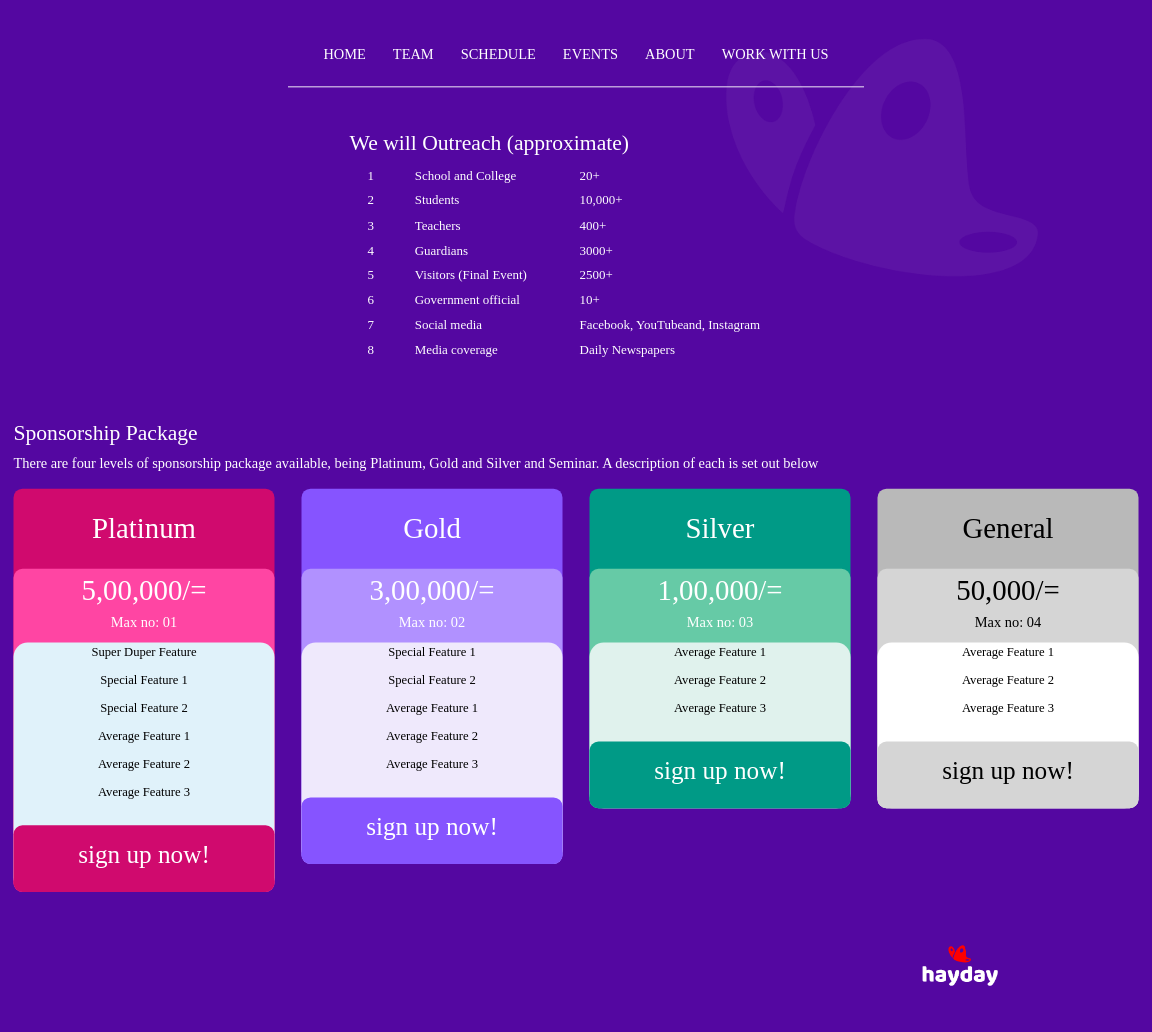
Repository: im1971/company-web
Page: workWithUs.html
An editor plug-in stored every save of this project. The page is shown before and after the next save, followed by the edit.
The browser window is 1280 px wide. The pictures show the whole page, at 90% of full size.
Some web fonts or font styles are not loaded; a fallback is used.

Above is the page before, as saved 2020-01-26 12:55:33.

### workWithUs.html
<!DOCTYPE html>
<html>

<head>
    <title>hayday</title>
    <link rel="shortcut icon" type="img/x-icon" href="img/fav.png" />
    <link rel="stylesheet" href="css/mdb.min.css">
    <link rel="stylesheet" href="css/bootstrap.min.css">
    <link rel="stylesheet" href="css/fontawesome.min.css">
    <link rel="stylesheet" href="css/all.min.css">
    <link rel="stylesheet" href="css/style.css">
    <!-- fonts -->
    <link href="https://fonts.googleapis.com/css?family=Baloo+Bhai&display=swap" rel="stylesheet">
    <!-- fonts -->

</head>

<body>

    <div class="wrap_hayday">
        <div class="back_img"></div>
        <div class="container-fluid">
            <div class="row justify-content-center pb-5">
                <div class="col-md-12">
                    <nav class="navbar navbar-expand-lg">
                        <button class="navbar-toggler" type="button" data-toggle="collapse" data-target="#navbarSupportedContent" aria-controls="navbarSupportedContent" aria-expanded="false" aria-label="Toggle navigation">
                          <span class="navbar-toggler-icon"></span>
                        </button>

                        <div class="collapse navbar-collapse" id="navbarSupportedContent">

                            <ul class="navbar-nav m-auto text-uppercase">
                                <li class="nav-item active">
                                    <a class="nav-link" href="index.html">Home</a>
                                </li>
                                <li class="nav-item">
                                    <a class="nav-link" href="#">Team</a>
                                </li>
                                <li class="nav-item">
                                    <a class="nav-link" href="#">SCHEDULE</a>
                                </li>
                                <li class="nav-item">
                                    <a class="nav-link" href="#">Events</a>
                                </li>
                                <li class="nav-item">
                                    <a class="nav-link" href="about.html">About</a>
                                </li>
                                <li class="nav-item">
                                    <a class="nav-link" href="workWithUs.html">Work With us</a>
                                </li>
                            </ul>
                        </div>
                    </nav>
                </div>
                <div class="col-md-6 border_deco pt-3"></div>
            </div>
            <!-- <div class="container"> -->
            <div class="row justify-content-center">
                <div class="col-md-5 outreach">
                    <h4>We will Outreach (approximate)</h4>
                    <div class="table-responsive table-sm">
                        <table class="table">
                            <tbody>
                                <tr>
                                    <td>1</td>
                                    <td>School and College</td>
                                    <td>20+</td>
                                </tr>
                                <tr>
                                    <td>2</td>
                                    <td>Students</td>
                                    <td>10,000+</td>
                                </tr>
                                <tr>
                                    <td>3</td>
                                    <td>Teachers</td>
                                    <td>400+</td>
                                </tr>
                                <tr>
                                    <td>4</td>
                                    <td>Guardians</td>
                                    <td>3000+</td>
                                </tr>
                                <tr>
                                    <td>5</td>
                                    <td>Visitors (Final Event)</td>
                                    <td>2500+</td>
                                </tr>
                                <tr>
                                    <td>6</td>
                                    <td>Government official</td>
                                    <td>10+</td>
                                </tr>
                                <tr>
                                    <td>7</td>
                                    <td>Social media</td>
                                    <td>Facebook, YouTubeand, Instagram</td>
                                </tr>
                                <tr>
                                    <td>8</td>
                                    <td>Media coverage</td>
                                    <td>Daily Newspapers</td>
                                </tr>
                            </tbody>
                        </table>
                    </div>
                </div>
            </div>
            <div class="row justify-content-center sponsor_table mt-5">
                <div class="col-md-12">
                    <h4>Sponsorship Package</h4>
                    <p>
                        There are four levels of sponsorship package available, being Platinum, Gold and Silver and Seminar. A description of each is set out below
                    </p>
                </div>
                <div class="col-md-3">
                    <div class="superduper">
                        <div class="price-package">
                            <div class="package-name">
                                <h2>Platinum</h2>
                            </div>
                            <div class="package-price">
                                <div class="package-arrow"></div>
                                <div class="price">
                                    <span>5,00,000/=</span>
                                </div>
                                <div class="term">
                                    <span>Max no: 01</span>
                                </div>
                                <div class="package-features">
                                    <div class="package-arrow"></div>
                                    <ul>
                                        <li>Super Duper Feature</li>
                                        <li>Special Feature 1</li>
                                        <li>Special Feature 2</li>
                                        <li>Average Feature 1</li>
                                        <li>Average Feature 2</li>
                                        <li>Average Feature 3</li>
                                    </ul>
                                    <button class="sign-up">
                                <h3>sign up now!</h3>
                              </button>
                                </div>
                            </div>
                        </div>
                    </div>
                </div>
                <div class="col-md-3">
                    <div class="special">
                        <div class="price-package">
                            <div class="package-name">
                                <h2>Gold</h2>
                            </div>
                            <div class="package-price">
                                <div class="package-arrow"></div>
                                <div class="price">
                                    <span>3,00,000/=</span>
                                </div>
                                <div class="term">
                                    <span>Max no: 02</span>
                                </div>
                                <div class="package-features">
                                    <div class="package-arrow"></div>
                                    <ul>
                                        <li>Special Feature 1</li>
                                        <li>Special Feature 2</li>
                                        <li>Average Feature 1</li>
                                        <li>Average Feature 2</li>
                                        <li>Average Feature 3</li>
                                    </ul>
                                    <button class="sign-up">
                                <h3>sign up now!</h3>
                              </button>
                                </div>
                            </div>
                        </div>
                    </div>
                </div>

                <div class="col-md-3">
                    <div class="average">
                        <div class="price-package">
                            <div class="package-name">
                                <h2>Silver</h2>
                            </div>
                            <div class="package-price">
                                <div class="package-arrow"></div>
                                <div class="price">
                                    <span>1,00,000/=</span>
                                </div>
                                <div class="term">
                                    <span>Max no: 03</span>
                                </div>
                                <div class="package-features">
                                    <div class="package-arrow"></div>
                                    <ul>
                                        <li>Average Feature 1</li>
                                        <li>Average Feature 2</li>
                                        <li>Average Feature 3</li>
                                    </ul>
                                    <button class="sign-up">
                                  <h3>sign up now!</h3>
                                </button>
                                </div>
                            </div>
                        </div>
                    </div>

                </div>
                <div class="col-md-3">
                    <div class="general">
                        <div class="price-package">
                            <div class="package-name">
                                <h2>General</h2>
                            </div>
                            <div class="package-price">
                                <div class="package-arrow"></div>
                                <div class="price">
                                    <span>50,000/=</span>
                                </div>
                                <div class="term">
                                    <span>Max no: 04</span>
                                </div>
                                <div class="package-features">
                                    <div class="package-arrow"></div>
                                    <ul>
                                        <li>Average Feature 1</li>
                                        <li>Average Feature 2</li>
                                        <li>Average Feature 3</li>
                                    </ul>
                                    <button class="sign-up">
                                  <h3>sign up now!</h3>
                                </button>
                                </div>
                            </div>
                        </div>
                    </div>

                </div>

            </div>
            <!-- </div> -->
            <div class="row justify-content-end my-5">
                <div class="col-md-4 m-autp">
                    <div class="middle_body">
                        <div class="logo">
                            <img src="img/logo.png" alt="" style="height: 50px">
                        </div>
                        <!-- <p>Read about our Inspiration</p> -->
                    </div>
                </div>
            </div>
        </div>
    </div>
    </div>



    <!-- <script src="https://code.jquery.com/jquery-3.4.1.slim.min.js" integrity="sha384-J6qa4849blE2+poT4WnyKhv5vZF5SrPo0iEjwBvKU7imGFAV0wwj1yYfoRSJoZ+n" crossorigin="anonymous"></script>
    <script src="https://cdn.jsdelivr.net/npm/popper.js@1.16.0/dist/umd/popper.min.js" integrity="sha384-Q6E9RHvbIyZFJoft+2mJbHaEWldlvI9IOYy5n3zV9zzTtmI3UksdQRVvoxMfooAo" crossorigin="anonymous"></script>
    <script src="https://stackpath.bootstrapcdn.com/bootstrap/4.4.1/js/bootstrap.min.js" integrity="sha384-wfSDF2E50Y2D1uUdj0O3uMBJnjuUD4Ih7YwaYd1iqfktj0Uod8GCExl3Og8ifwB6" crossorigin="anonymous"></script> -->

    <script type="text/javascript" src="js/jquery.min.js"></script>
    <!-- Bootstrap tooltips -->
    <script type="text/javascript" src="js/popper.min.js"></script>
    <!-- Bootstrap core JavaScript -->
    <script type="text/javascript" src="js/bootstrap.min.js"></script>
    <!-- MDB core JavaScript -->
    <script type="text/javascript" src="js/mdb.min.js"></script>


</body>

</html>

### css/style.css
body {
    padding: 0;
    margin: 0;
    background: #5407A1 !important;
    color: #fff !important;
    font-family: 'Baloo Bhai', cursive;
    position: relative;
}


/* global */

html {
    overflow: scroll;
    overflow-x: hidden;
}

::-webkit-scrollbar {
    width: 0px;
    /* Remove scrollbar space */
    background: transparent;
    /* Optional: just make scrollbar invisible */
}


/* Optional: show position indicator in red */

::-webkit-scrollbar-thumb {
    background: #FF0000;
}


/* global */

.back_img {
    background-image: url(../img/back.png);
    height: 350px;
    width: 600px;
    position: absolute;
    background-position: center center;
    background-size: cover;
    opacity: 5%;
    /* top: 30%; */
    right: 0;
}


/* header */

.wrap_hayday .navbar {
    box-shadow: none;
}

.wrap_hayday .container-fluid {
    min-height: 100vh;
}

.wrap_hayday nav .nav-link {
    padding-right: 15px !important;
    padding-left: 15px !important;
    color: #fff;
    font-family: 'Baloo Bhai', cursive;
}

.wrap_hayday .border_deco {
    border-bottom: .25px solid #fff;
}

.wrap_hayday nav .nav-link:hover {
    color: #FF0000;
    transition-duration: 0.5s;
}

.wrap_hayday .navbar {
    padding: 40px;
    padding-bottom: 0;
}


/* header */


/* middle body */

.wrap_hayday .middle_body {
    text-align: center;
}

.wrap_hayday .middle_body .logo img {
    /* background-image: url(logo.png); */
    height: 100px;
}

.wrap_hayday .others_page_middle {
    text-align: center;
    position: absolute;
    right: 30px;
    bottom: 0;
}

.wrap_hayday .others_page_middle img {
    height: 70px;
}


/* middle body */


/* footer-body */

.myprogress {
    min-width: 100%;
    margin: 0px auto;
    text-align: center;
}

.myprogress .circle {
    display: inline-block;
    background: #fff;
    width: 50px;
    height: 50px;
    border-radius: 80px;
    border: 1px solid #d5d5da;
    cursor: pointer;
}

.myprogress .circle:hover {
    background: #FF0000;
    color: #5407A1;
    transition-duration: 0.5s;
}

.myprogress .bar {
    position: relative;
    width: 100px;
    padding-right: 15px;
    font-family: none;
    /* height: 2px; */
    /* top: 10px; */
    /* border: 0px solid #fff; */
}

.myprogress .circle .label {
    display: inline-block;
    width: 40px;
    height: 40px;
    line-height: 30px;
    border-radius: 40px;
    font-size: 24px;
}

.myprogress .circle .title {
    color: #5407A1;
    font-size: 24px;
    line-height: 50px;
    cursor: pointer;
}

.myprogress .circle .title:hover {
    color: #fff;
}

.myprogress i {
    font-size: 11px;
}

.myprogress .abc {
    animation: pulse 1s infinite;
    color: #FF0000;
}

.myprogress .pulse {
    -webkit-animation-duration: 3s;
    -webkit-animation-delay: 2s;
    -webkit-animation-iteration-count: 5;
}


/* footer-body */


/* about hayday */

.accordion .card-header {
    padding: 0;
    background: #5407A1;
    margin-bottom: 0;
}

.accordion .card-header .btn-link {
    color: #fff;
    padding: 0;
}

.accordion .card {
    border: none;
    border-radius: 0;
}

.accordion i {
    position: absolute;
    right: 10px;
    top: 5px;
}

.accordion p {
    color: #000;
    font-family: serif;
    font-size: 15px;
}

.accordion h4 {
    color: #000;
    font-family: serif;
    font-weight: 700 !important;
    font-size: 22px;
}


/* about hayday */


/* work with us */

.outreach table.table th,
table.table td {
    padding: 3px 20px;
    color: #fff;
    border: none;
    font-family: auto;
}


/* work with us */


/* pricing table */

.sponsor_table {
    font-family: auto;
}

.sponsor_table ul {
    color: #000;
}

.sponsor_table .package-features {
    border-radius: 16px;
}

.price-package {
    padding-top: 25px;
    margin-bottom: 10px;
    text-align: center;
    -moz-border-radius-topleft: 10px;
    -moz-border-radius-topright: 10px;
    -webkit-border-top-left-radius: 10px;
    -webkit-border-top-right-radius: 10px;
    -moz-border-radius-bottomleft: 10px;
    -moz-border-radius-bottomright: 10px;
    -webkit-border-bottom-left-radius: 10px;
    -webkit-border-bottom-right-radius: 10px;
}

.price-package .package-name {
    font-size: 1.4rem;
}

.price-package .package-price {
    -moz-border-radius-topleft: 10px;
    -moz-border-radius-topright: 10px;
    -webkit-border-top-left-radius: 10px;
    -webkit-border-top-right-radius: 10px;
    -moz-border-radius-bottomleft: 10px;
    -moz-border-radius-bottomright: 10px;
    -webkit-border-bottom-left-radius: 10px;
    -webkit-border-bottom-right-radius: 10px;
    margin-top: 25px;
}

.price-package .package-price .price sup {
    font-size: 1.6rem;
    position: absolute;
    top: 6px;
    left: -12px;
}

.price-package .package-price .price span {
    font-size: 2rem;
}

.price-package .package-features ul {
    font-size: 14px;
    margin: 0;
    padding: 0;
    list-style: none;
}

.price-package .package-features ul li {
    margin: 10px auto;
    padding: 0;
}

.price-package .sign-up {
    -moz-border-radius-topleft: 10px;
    -moz-border-radius-topright: 10px;
    -webkit-border-top-left-radius: 10px;
    -webkit-border-top-right-radius: 10px;
    -moz-border-radius-bottomleft: 10px;
    -moz-border-radius-bottomright: 10px;
    -webkit-border-bottom-left-radius: 10px;
    -webkit-border-bottom-right-radius: 10px;
    padding: 16.66666667px 0;
    margin-top: 16.66666667px;
    width: 100%;
    outline: none;
    border: none;
    cursor: pointer;
}

.average .price-package {
    background-color: #009a86;
}

.average .price-package .package-name {
    color: white;
}

.average .price-package .package-price {
    background-color: #66CAA6;
    color: white;
}

.average .price-package .package-features {
    background-color: #e0f2ed;
    /* color: #009a86; */
}

.average .price-package .sign-up {
    background-color: #009a86;
    color: white;
    transition: background-color 0.5s ease;
}

.average .price-package .sign-up:hover {
    background-color: #66CAA6;
}


/* .average .price-package .sign-up:active {
    background-color: #e0f2ed;
} */

.average .price-package .package-price .package-arrow {
    border-top-color: #009a86;
}

.average .price-package .package-features .package-arrow {
    border-top-color: #66CAA6;
}

.average .price-package .sign-up .package-arrow {
    border-top-color: #e0f2ed;
}

.special .price-package {
    background-color: #8654ff;
}

.special .price-package .package-name {
    color: white;
}

.special .price-package .package-price {
    background-color: #b191ff;
    color: white;
}

.special .price-package .package-features {
    background-color: #efe9fc;
    /* color: #8654ff; */
}

.special .price-package .sign-up {
    background-color: #8654ff;
    color: white;
    transition: background-color 0.5s ease;
}

.special .price-package .sign-up:hover {
    background-color: #b191ff;
}


/* .special .price-package .sign-up:active {
    background-color: #efe9fc;
} */

.special .price-package .package-price .package-arrow {
    border-top-color: #8654ff;
}

.special .price-package .package-features .package-arrow {
    border-top-color: #b191ff;
}

.special .price-package .sign-up .package-arrow {
    border-top-color: #efe9fc;
}

.superduper .price-package {
    background-color: #d00a6e;
}

.superduper .price-package .package-name {
    color: white;
}

.superduper .price-package .package-price {
    background-color: #ff45a3;
    color: white;
}

.superduper .price-package .package-features {
    background-color: #e0f2fa;
    /* color: #00b9f2; */
}

.superduper .price-package .sign-up {
    background-color: #d00a6e;
    color: white;
    transition: background-color 0.5s ease;
}

.superduper .price-package .sign-up:hover {
    background-color: #ff45a3;
}


/* .superduper .price-package .sign-up:active {
    background-color: #e0f2fa;
} */

.superduper .price-package .package-price .package-arrow {
    border-top-color: #ff45a3;
}

.superduper .price-package .package-features .package-arrow {
    border-top-color: #7dd4fe;
}

.superduper .price-package .sign-up .package-arrow {
    border-top-color: #e0f2fa;
}

.general .price-package {
    background-color: #b9b9b9;
}

.general .price-package .package-name {
    color: #000;
}

.general .price-package .package-price {
    background-color: #d5d5d5;
    color: #000;
}

.general .price-package .package-features {
    background-color: #fff;
    color: #000;
}

.general .price-package .sign-up {
    background-color: #d5d5d5;
    color: #000;
    transition: background-color 0.5s ease;
}

.general .price-package .sign-up:hover {
    background-color: #a9a8a8;
}


/* .general .price-package .sign-up:active {
    background-color: lightgray;
} */

.general .price-package .package-price .package-arrow {
    border-top-color: #d5d5d5;
}

.general .price-package .package-features .package-arrow {
    border-top-color: #66CAA6;
}

.general .price-package .sign-up .package-arrow {
    border-top-color: #e0f2ed;
}


/* pricing table */

Loaded but not shown: css/mdb.min.css (library); css/bootstrap.min.css (library); css/fontawesome.min.css (library); css/all.min.css (library); js/jquery.min.js (library); js/popper.min.js (library); js/bootstrap.min.js (library); js/mdb.min.js (library)

After the next save:
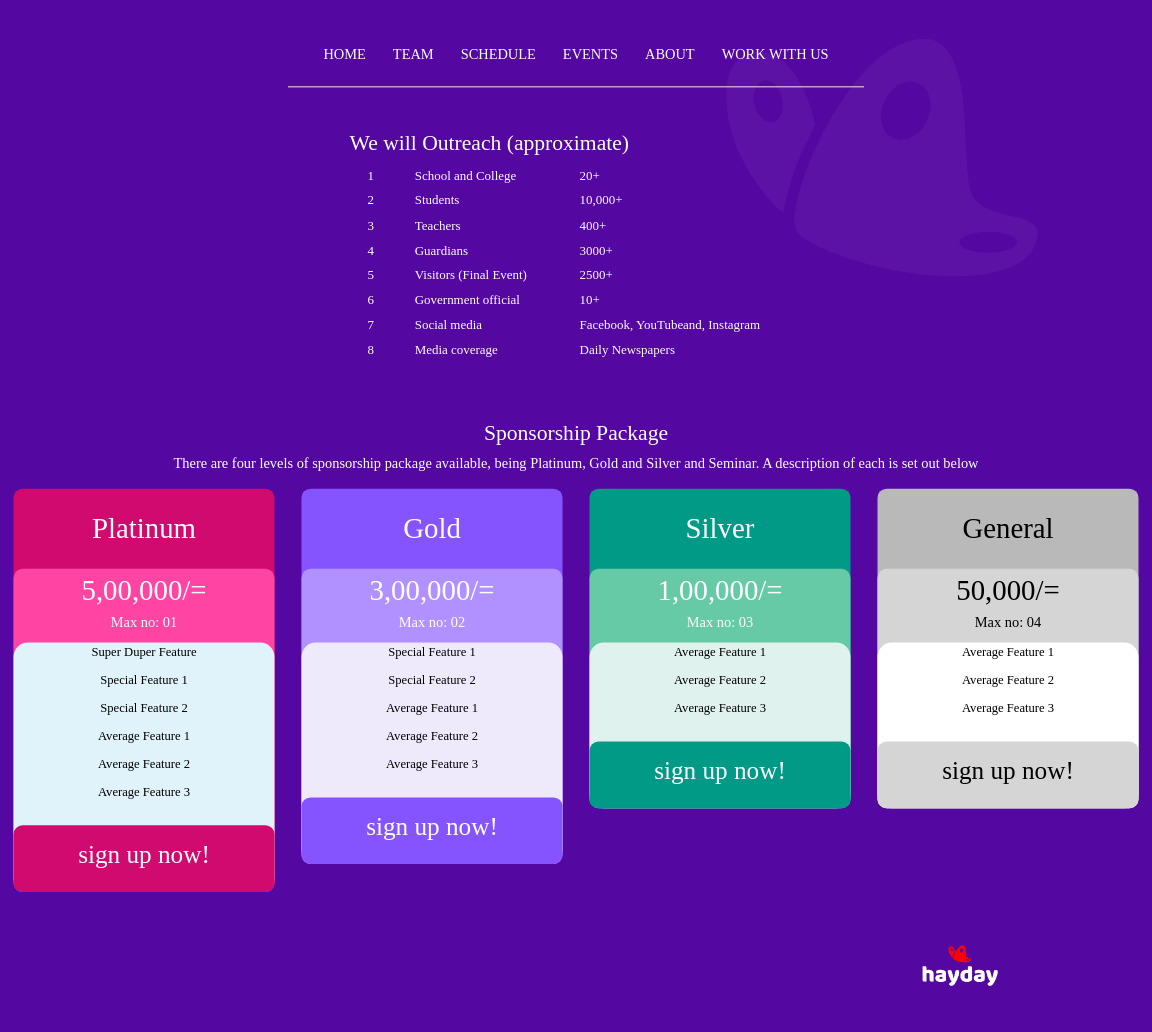
Saved 2 min 22 s later.
--- a/workWithUs.html
+++ b/workWithUs.html
@@ -108,8 +108,8 @@
             </div>
             <div class="row justify-content-center sponsor_table mt-5">
                 <div class="col-md-12">
-                    <h4>Sponsorship Package</h4>
-                    <p>
+                    <h4 class="text-center">Sponsorship Package</h4>
+                    <p class="text-center">
                         There are four levels of sponsorship package available, being Platinum, Gold and Silver and Seminar. A description of each is set out below
                     </p>
                 </div>
